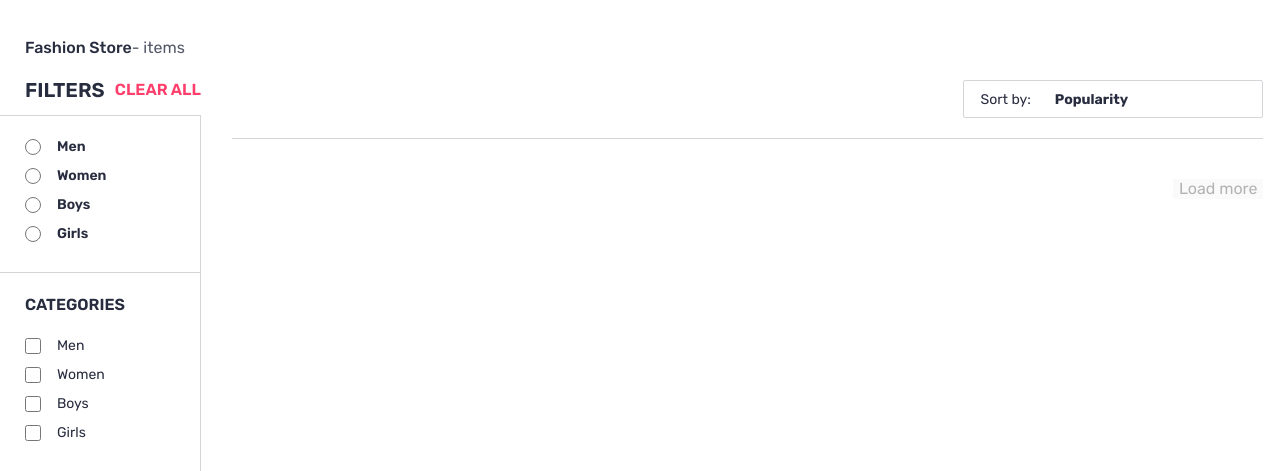
Repository: litaiqiang1407/Khanh-FashionStore
Page: /
These files come from the project's save history. The page is drawn as it stood at one moment and after the next save; the edit follows.
The browser window is 1280 px wide. The page is 1288 px wide, so the pictures cover 1288 px, including what lies to the right of the window. The pictures show the part of the page from y = 1080 to 1551 px (the page is 1551 px tall).
The page's requests for data from a server got no answer. The project was rebuilt for these pictures with package versions that can differ from the ones it lists, and the page was loaded fresh each time. No one was signed in, and anything a server would have sent is missing.

Above is the page before, as saved 2024-04-14 10:44:44.

### public/index.html
<!DOCTYPE html>
<html lang="en">
  <head>
    <meta charset="utf-8" />
    <link
      rel="icon"
      href="https://cdn.dribbble.com/userupload/7899795/file/original-7c498c1b6e9bb43ac93fe5918fafdf99.jpg?resize=1200x1200"
    />
    <meta name="viewport" content="width=device-width, initial-scale=1" />
    <title>Fashion Store</title>
    <link
      href="https://cdn.jsdelivr.net/npm/bootstrap@5.3.3/dist/css/bootstrap.min.css"
      rel="stylesheet"
      integrity="sha384-QWTKZyjpPEjISv5WaRU9OFeRpok6YctnYmDr5pNlyT2bRjXh0JMhjY6hW+ALEwIH"
      crossorigin="anonymous"
    />
  </head>
  <body>
    <div id="root"></div>
    <script
      src="https://cdn.jsdelivr.net/npm/bootstrap@5.3.3/dist/js/bootstrap.bundle.min.js"
      integrity="sha384-YvpcrYf0tY3lHB60NNkmXc5s9fDVZLESaAA55NDzOxhy9GkcIdslK1eN7N6jIeHz"
      crossorigin="anonymous"
    ></script>
  </body>
</html>

### src/index.js
import React from "react";
import ReactDOM from "react-dom/client";

import App from "./App";
import reportWebVitals from "./reportWebVitals";
import { GlobalStyles } from "./components";

const root = ReactDOM.createRoot(document.getElementById("root"));
root.render(
  <React.StrictMode>
    <GlobalStyles>
      {" "}
      <App />
    </GlobalStyles>
  </React.StrictMode>
);

// If you want to start measuring performance in your app, pass a function
// to log results (for example: reportWebVitals(console.log))
// or send to an analytics endpoint. Learn more: https://bit.ly/CRA-vitals
reportWebVitals();

### src/App.js
import { BrowserRouter as Router, Routes, Route } from "react-router-dom";
import { publicRoutes } from "./routes";
import { Fragment } from "react";

function App() {
  return (
    <Router>
      <div className="App">
        <Routes>
          {publicRoutes.map((route, index) => {
            let Layout = route.layout;
            let MiniLayout = route.miniLayout;

            if (!route.layout) {
              Layout = Fragment;
            }

            if (!route.miniLayout) {
              MiniLayout = Fragment;
            }

            const Page = route.component;
            return (
              <Route
                key={index}
                path={route.path}
                element={
                  <Layout>
                    <MiniLayout>
                      <Page />
                    </MiniLayout>
                  </Layout>
                }
              />
            );
          })}
        </Routes>
      </div>
    </Router>
  );
}

export default App;

### src/components/index.js
export { default as GlobalStyles } from "./GlobalStyles";

### src/routes/index.js
import { UserLayout } from "~/components/Layout";
import { Home } from "~/pages";

const publicRoutes = [
  {
    path: "/",
    component: Home,
    layout: UserLayout,
  },
];

const privateRoutes = [];

export { publicRoutes, privateRoutes };

### src/components/Layout/index.js
export { default as UserLayout } from "./UserLayout";

### src/components/GlobalStyles/GlobalStyles.scss
@import "normalize.css";
@import url("https://fonts.googleapis.com/css2?family=Rubik:ital,wght@0,300..900;1,300..900&display=swap");

:root {
  --black: #000;
  --white: #fff;
  --gray: #f5f5f6;
  --primary-color: #ff3e6c;
  --primary-text-color: #282c3f;
  --secondary-text-color: #535766;
  --primary-border-color: #d4d5d9;
  --price: #ff3e6c;
}

* {
  box-sizing: border-box;
}

html {
  font-size: 62.5%;
}

body {
  font-family: "Rubik", sans-serif;
  font-size: 1.6rem;
  line-height: 1.5;
  text-rendering: optimizeSpeed;
}

body::-webkit-scrollbar {
  display: none;
}

button,
input,
[tabindex] {
  border: none;
  outline: none;
  &:focus {
    outline: none;
  }
}

a[href] {
  text-decoration: none;
  color: var(--text-black-color);
}

ul {
  list-style-type: none;
  padding: 0;
  margin: 0;
}

### src/components/Layout/UserLayout/index.js
import { Header } from "../Components";

function UserLayout({ children }) {
  return (
    <div>
      <Header />
      {children}
    </div>
  );
}

export default UserLayout;

### src/pages/Home/index.js
import Banner from "./Banner";
import Products from "./Products";

function Home() {
  return (
    <div>
      <Banner />
      <Products />
    </div>
  );
}

export default Home;

### src/pages/Home/Banner/index.js
import { Carousel, Container, Image } from "react-bootstrap";

import classNames from "classnames/bind";
import styles from "./Banner.module.scss";

const cx = classNames.bind(styles);

function Banner() {
  return (
    // <div className={cx("banner")}>
    //   <Image
    //     className={cx("banner-img")}
    //     src="https://assets.myntassets.com/f_webp,w_980,c_limit,fl_progressive,dpr_2.0/assets/images/2022/7/25/9be788ff-39a4-4214-99d0-fc97505aae5a1658752545685-USPA_Desk_Banner.jpg"
    //   />
    // </div>
    <Carousel className={cx("banner")}>
      <Carousel.Item interval={1000}>
        <Image
          className={cx("banner-img")}
          src="https://assets.myntassets.com/f_webp,w_980,c_limit,fl_progressive,dpr_2.0/assets/images/2022/7/25/9be788ff-39a4-4214-99d0-fc97505aae5a1658752545685-USPA_Desk_Banner.jpg"
        />
      </Carousel.Item>
      <Carousel.Item interval={1000}>
        <Image
          className={cx("banner-img")}
          src="https://assets.myntassets.com/f_webp,w_980,c_limit,fl_progressive,dpr_2.0/assets/images/2022/7/25/b656a7f4-4688-4997-bb7c-54b78793981e1658752386588-Western-Wear_Desk.jpg"
        />
      </Carousel.Item>
      <Carousel.Item interval={1000}>
        <Image
          className={cx("banner-img")}
          src="https://assets.myntassets.com/f_webp,w_980,c_limit,fl_progressive,dpr_2.0/assets/images/2022/5/31/4031994d-9092-4aa7-aea1-f52f2ae5194f1654006594976-Activewear_DK.jpg"
        />
      </Carousel.Item>
    </Carousel>
  );
}

export default Banner;

### src/pages/Home/Products/index.js
import { useEffect, useState } from "react";
import { interactData } from "~/functions/interactData";

import classNames from "classnames/bind";
import styles from "./Products.module.scss";
import { Col, Form, Row } from "react-bootstrap";
import { Link } from "react-router-dom";
const cx = classNames.bind(styles);

function Products() {
  const [products, setProducts] = useState([]);
  const [displayedProducts, setDisplayedProducts] = useState(20);
  const productsURL = "http://localhost/fashion-store/api/Products.php";

  useEffect(() => {
    interactData(productsURL, "GET", null, setProducts);
  }, []);

  const loadMoreProducts = () => {
    setDisplayedProducts(displayedProducts + 20);
  };
  return (
    <div className={cx("products")}>
      <div className={cx("header")}>
        <h1 className={cx("header-title")}>Fashion Store</h1>
        <span className={cx("header-count")}>{` - items`}</span>
      </div>
      <div className={cx("body")}>
        <Row>
          <Col lg={2} className={cx("filter")}>
            <div className={cx("filter-header")}>
              <span className={cx("filter-header__title")}>FILTERS</span>
              <span className={cx("filter-header__clear")}>CLEAR ALL</span>
            </div>
            <div className={cx("filter-body")}>
              <div className={cx("filter-gender")}>
                <ul className={cx("gender-list")}>
                  <li className={cx("gender-item")}>
                    <label className={cx("item-label")}>
                      <input
                        name="gender-item"
                        type="radio"
                        className={cx("item-input")}
                      />
                      <span className={cx("item-value")}>Men</span>
                    </label>
                  </li>
                  <li className={cx("gender-item")}>
                    <label className={cx("item-label")}>
                      <input
                        name="gender-item"
                        type="radio"
                        className={cx("item-input")}
                      />
                      <span className={cx("item-value")}>Women</span>
                    </label>
                  </li>
                  <li className={cx("gender-item")}>
                    <label className={cx("item-label")}>
                      <input
                        name="gender-item"
                        type="radio"
                        className={cx("item-input")}
                      />
                      <span className={cx("item-value")}>Boys</span>
                    </label>
                  </li>
                  <li className={cx("gender-item")}>
                    <label className={cx("item-label")}>
                      <input
                        name="gender-item"
                        type="radio"
                        className={cx("item-input")}
                      />
                      <span className={cx("item-value")}>Girls</span>
                    </label>
                  </li>
                </ul>
              </div>
              <div className={cx("filter-category")}>
                <span className={cx("category-title")}>CATEGORIES</span>
                <ul className={cx("category-list")}>
                  <li className={cx("category-item")}>
                    <label className={cx("item-label")}>
                      <input
                        name="category-item"
                        type="checkbox"
                        className={cx("item-input")}
                      />
                      <span className={cx("item-value")}>Men</span>
                    </label>
                  </li>
                  <li className={cx("category-item")}>
                    <label className={cx("item-label")}>
                      <input
                        name="category-item"
                        type="checkbox"
                        className={cx("item-input")}
                      />
                      <span className={cx("item-value")}>Women</span>
                    </label>
                  </li>
                  <li className={cx("category-item")}>
                    <label className={cx("item-label")}>
                      <input
                        name="category-item"
                        type="checkbox"
                        className={cx("item-input")}
                      />
                      <span className={cx("item-value")}>Boys</span>
                    </label>
                  </li>
                  <li className={cx("category-item")}>
                    <label className={cx("item-label")}>
                      <input
                        name="category-item"
                        type="checkbox"
                        className={cx("item-input")}
                      />
                      <span className={cx("item-value")}>Girls</span>
                    </label>
                  </li>
                </ul>
              </div>
            </div>
          </Col>
          <Col lg={10} className={cx("product")}>
            <div className={cx("product-header")}>
              <div className={cx("sort-by")}>
                <span className={cx("sort-by__title")}>Sort by:</span>
                <span className={cx("sort-by__value")}>Popularity</span>
              </div>
            </div>
            <div className={cx("product-body")}>
              <ul className={cx("product-list")}>
                {products.slice(0, displayedProducts).map((product) => (
                  <li className={cx("product-item")} key={product.ID}>
                    <Link to="/product/1" className={cx("item-link")}>
                      <img
                        src={product.Image}
                        alt={product.Name}
                        className={cx("product-img")}
                        loading="lazy" // lazy load images
                      />
                      <div className={cx("product-info")}>
                        <p className={cx("product-brand")}>{product.Brand}</p>
                        <p className={cx("product-name")}>{product.Name}</p>
                        <p className={cx("product-price")}>${product.Price}</p>
                      </div>
                    </Link>
                  </li>
                ))}
              </ul>
            </div>
            <div className={cx("product-footer")}>
              <button
                className={cx("load-more")}
                onClick={loadMoreProducts}
                disabled={displayedProducts >= products.length}
              >
                Load more
              </button>
            </div>
          </Col>
        </Row>
      </div>
    </div>
  );
}

export default Products;

### src/components/Layout/Components/Header/index.js
import classNames from "classnames/bind";
import styles from "./Header.module.scss";
import { Col, Container, Navbar, Row, Nav } from "react-bootstrap";
import { Link } from "react-router-dom";
import { FontAwesomeIcon } from "@fortawesome/react-fontawesome";
import {
  faBagShopping,
  faHeart,
  faMagnifyingGlass,
  faUser,
} from "@fortawesome/free-solid-svg-icons";

const cx = classNames.bind(styles);

function Header() {
  return (
    <header className={cx("header")}>
      <Container className={cx("header-container")}>
        <Row className={cx("header-row")}>
          <Col lg={6} className={cx("header-col")}>
            <Navbar style={{ padding: 0 }}>
              <Navbar.Brand href="/" className={cx("header-logo")}>
                <img
                  src="https://cdn.dribbble.com/userupload/7899795/file/original-7c498c1b6e9bb43ac93fe5918fafdf99.jpg?resize=1200x1200"
                  alt="Logo"
                  className={cx("logo")}
                />
              </Navbar.Brand>
              <Navbar expand="lg" className={cx("navbar-header")}>
                <Nav className="mx-auto" style={{ height: "80px" }}>
                  <Link className={cx("nav-link")} to="/furniture">
                    MEN
                  </Link>
                  <Link className={cx("nav-link")} to="/lighting">
                    WOMEN
                  </Link>
                  <Link className={cx("nav-link")} to="/home-decor">
                    KIDS
                  </Link>
                  <Link className={cx("nav-link")} to="/outdoor-items">
                    HOME & LIVING
                  </Link>
                  <Link className={cx("nav-link")} to="/bathroom-items">
                    BEAUTY
                  </Link>
                </Nav>
              </Navbar>
            </Navbar>
          </Col>
          <Col lg={6} className={cx("header-col")}>
            <Row className={cx("header-options")}>
              <Col lg={8}>
                <div className={cx("header-search")}>
                  <FontAwesomeIcon
                    icon={faMagnifyingGlass}
                    className={cx("search-icon")}
                  />
                  <input
                    type="text"
                    placeholder="Search for products, brands, and more..."
                    className={cx("search-input")}
                  />
                </div>
              </Col>
              <Col lg={4} className={cx("header-actions")}>
                <Link to="/login">
                  <FontAwesomeIcon
                    className={cx("action-icon")}
                    icon={faUser}
                  />
                </Link>
                <Link to="/wishlist">
                  <FontAwesomeIcon
                    className={cx("action-icon")}
                    icon={faHeart}
                  />
                </Link>
                <Link to="/cart">
                  <FontAwesomeIcon
                    className={cx("action-icon")}
                    icon={faBagShopping}
                  />
                </Link>
              </Col>
            </Row>
          </Col>
        </Row>
      </Container>
    </header>
  );
}

export default Header;

### src/pages/Home/Banner/Banner.module.scss
@import "~bootstrap/scss/bootstrap";

.banner {
  padding: 0;
  .banner-img {
    width: 100%;
  }
}

### src/functions/interactData.js
import axios from "axios"; // Import the axios library to make requests

// Function to interact with the API
const interactData = (url, method, data, setData) => {
  axios({
    method: method, // GET, POST, PUT, DELETE
    url: url, // API endpoint
    data: new URLSearchParams(data), // Data to send in the body of the request
    headers: { "Content-Type": "application/x-www-form-urlencoded" }, // Headers
  })
    .then((response) => {
      console.log("Sending request with data:", data);
      setData(response.data); // Set the data from the response
    })
    .catch((error) => {
      console.error("Error fetching data: ", error);
    });
};

export { interactData };

### src/pages/Home/Products/Products.module.scss
@import "~bootstrap/scss/bootstrap";

.products {
  margin-top: 40px;

  .header {
    display: flex;
    margin-left: 25px;

    .header-title {
      font-size: 1.6rem;
      color: var(--primary-text-color);
      margin: 0;
      line-height: 16px;
    }

    .header-count {
      font-size: 1.6rem;
      color: var(--secondary-text-color);
      line-height: 16px;
    }
  }

  .body {
    margin-top: 24px;
    .filter-header {
      margin: 0 0 15px 25px;
      height: 20px;
      display: flex;
      justify-content: space-between;
      align-items: center;

      .filter-header__title {
        font-size: 2rem;
        color: var(--primary-text-color);
        font-weight: 600;
      }
      .filter-header__clear {
        font-size: 1.6rem;
        color: var(--primary-color);
        font-weight: 600;
      }
    }

    .filter-gender {
      padding: 20px 0 20px 25px;
      border-top: 1px solid var(--primary-border-color);
      border-right: 1px solid var(--primary-border-color);

      .gender-list {
        padding: 0;
        margin: 0;

        .gender-item {
          margin-bottom: 8px;
          .item-label {
            display: flex;
            align-items: center;
            .item-input {
              width: 16px;
              height: 16px;
            }

            .item-value {
              margin-left: 16px;
              font-size: 1.4rem;
              color: var(--primary-text-color);
              font-weight: 600;
            }
          }
        }
      }
    }

    .filter-category {
      padding: 20px 0 20px 25px;
      border-top: 1px solid var(--primary-border-color);
      border-right: 1px solid var(--primary-border-color);

      .category-title {
        display: block;
        margin: 0 0 18px;
        font-size: 1.6rem;
        color: var(--primary-text-color);
        font-weight: 600;
      }
      .category-list {
        padding: 0;
        margin: 0;

        .category-item {
          margin-bottom: 8px;
          .item-label {
            display: flex;
            align-items: center;
            .item-input {
              width: 16px;
              height: 16px;
            }

            .item-value {
              margin-left: 16px;
              font-size: 1.4rem;
              color: var(--primary-text-color);
            }
          }
        }
      }
    }

    .product {
      padding: 0 24px;
      .product-header {
        display: flex;
        justify-content: flex-end;
        align-items: center;
        padding-bottom: 20px;
        border-bottom: 1px solid var(--primary-border-color);

        .sort-by {
          display: flex;
          align-items: center;
          width: 300px;
          height: 38px;
          border: 1px solid var(--primary-border-color);
          border-radius: 2px;
          padding-left: 16px;

          .sort-by__title {
            color: var(--primary-text-color);
            margin-right: 24px;
            font-size: 1.4rem;
          }

          .sort-by__value {
            color: var(--primary-text-color);
            font-size: 1.4rem;
            font-weight: 700;
          }
        }
      }

      .product-body {
        margin-top: 20px;
        .product-list {
          margin: 0;
          padding: 0;
          display: flex;
          flex-wrap: wrap;
          justify-content: space-between;
          .product-item {
            margin-bottom: 16px;
            transition: all 0.3s ease;
            overflow: hidden;

            &:hover {
              transform: scale(1.05);
              border: 1px solid var(--primary-color);
            }
            .item-link {
              transition: transform 0.2s;

              &:hover {
                transform: scale(1.1);
              }
              .product-img {
                width: 210px;
                height: 280px;
              }

              .product-info {
                margin-top: 12px;
                padding: 0 10px;

                .product-brand {
                  color: var(--primary-text-color);
                  font-size: 1.6rem;
                  font-weight: 600;
                }
                .product-name {
                  color: var(--primary-text-color);
                  font-size: 1.4rem;
                }
                .product-price {
                  color: var(--price);
                  font-size: 1.6rem;
                  font-weight: 600;
                }
              }
            }
          }
        }
      }
    }
  }
}

.product-footer {
  margin-top: 20px;
  display: flex;
  justify-content: flex-end;
}

### src/components/Layout/Components/Header/Header.module.scss
@import "~bootstrap/scss/bootstrap";

.header {
  height: 80px;
  position: sticky;
  top: 0;
  z-index: 1000;
  background-color: var(--white);
  box-shadow: 0 2px 4px rgba(0, 0, 0, 0.1);
  margin-bottom: 40px;

  .header-container {
    padding: 0;

    .header-row {
      padding: 0;

      .header-col {
        padding: 0;

        .header-logo {
          padding: 0;

          .logo {
            height: 80px;
            width: 80px;
          }
        }

        .navbar-header {
          height: 80px;
          .nav-link {
            height: 100%;
            padding: 0 16px;
            font-size: 1.4rem;
            font-weight: 600;
            line-height: 80px;
            color: var(--primary-text-color);

            &:hover {
              color: var(--primary-color);
              border-bottom: 3px solid var(--primary-color);
            }
          }
        }
      }

      .header-options {
        padding: 20px 0;
        height: 80px;

        .header-search {
          height: 40px;
          padding: 12px 10px;
          display: flex;
          align-items: center;
          background-color: var(--gray);
          border: 1px solid transparent;
          border-radius: 4px;

          &:focus-within {
            background-color: var(--white);
            border: 1px solid var(--primary-color);
          }

          .search-icon {
            font-size: 1.6rem;
            color: var(--secondary-text-color);
            margin-right: 12px;
          }

          .search-input {
            width: 90%;
            font-size: 1.6rem;
            color: var(--secondary-text-color);
            background-color: var(--gray);

            &:focus {
              background-color: var(--white);
            }
          }
        }

        .header-actions {
          display: flex;
          justify-content: flex-end;
          align-items: center;

          .action-icon {
            margin-left: 32px;
            font-size: 2rem;

            &:hover {
              color: var(--primary-color);
            }
          }
        }
      }
    }
  }
}

Loaded but not shown: src/reportWebVitals.js (common file); src/components/GlobalStyles/index.js (common file); src/pages/index.js (common file); src/components/Layout/Components/index.js (common file)

After the next save:
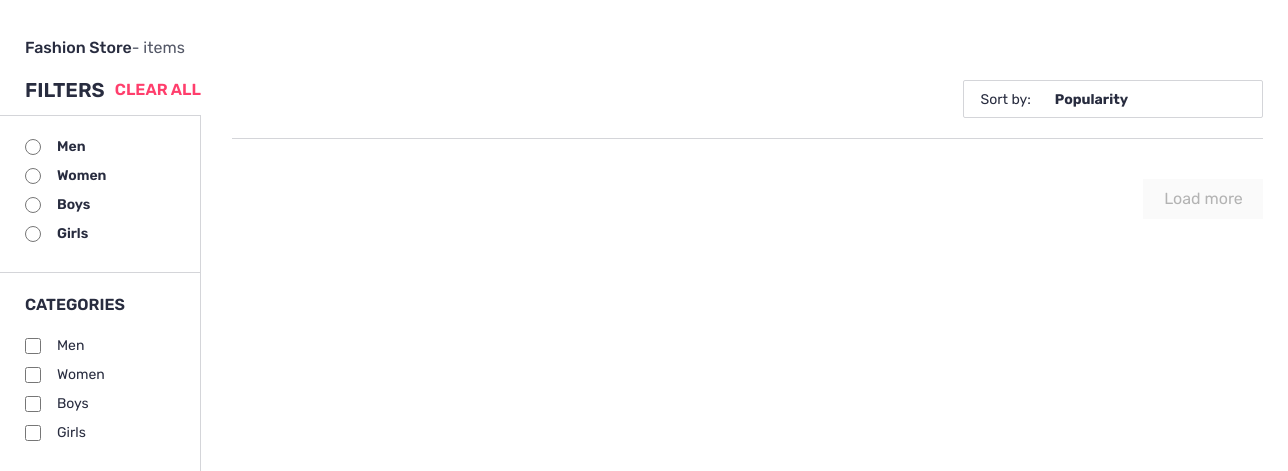
Saved 55 s later.
--- a/src/pages/Home/Products/Products.module.scss
+++ b/src/pages/Home/Products/Products.module.scss
@@ -199,4 +199,9 @@
   margin-top: 20px;
   display: flex;
   justify-content: flex-end;
+
+  .load-more {
+    height: 40px;
+    width: 120px;
+  }
 }
